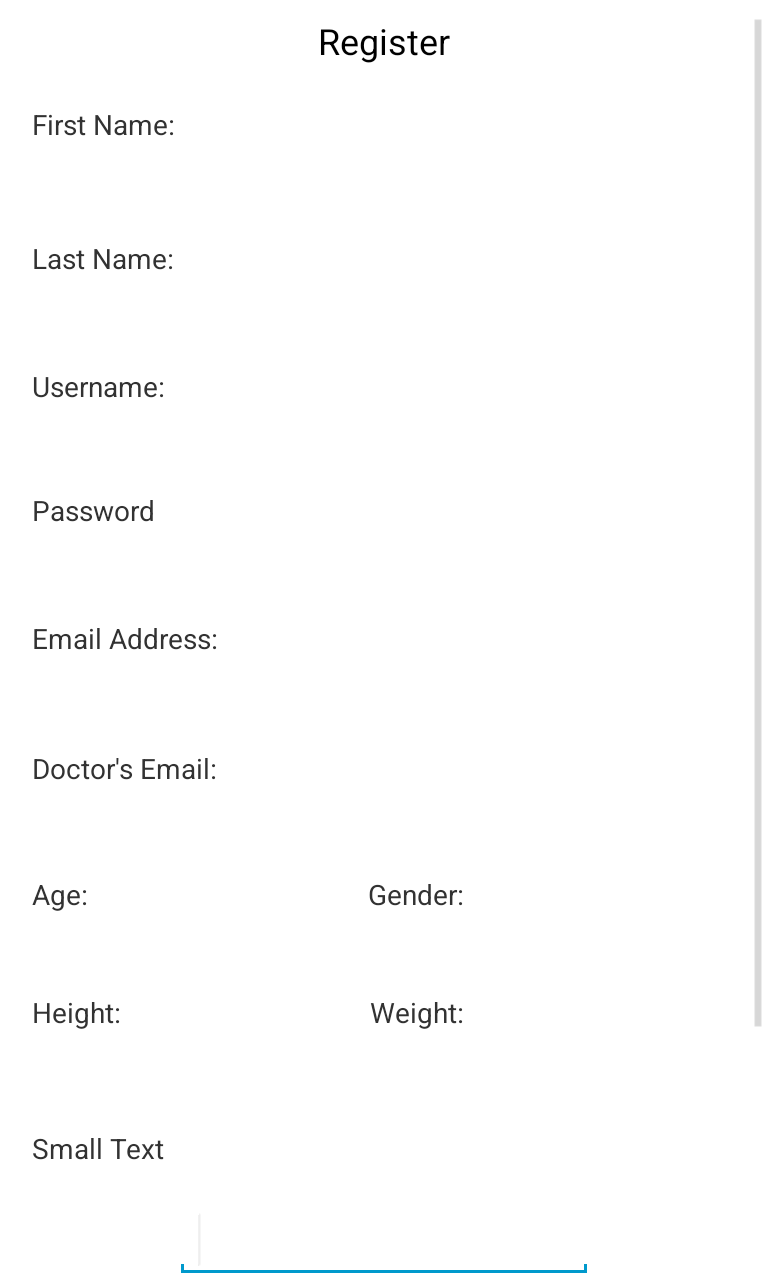
Repository: seth-skocelas/PHMS
Layout: PHMS/res/layout/activity_register.xml
The author's editor kept a copy of each file at every save. The layout is drawn from the files as they stood at one save, then again after the next save.
It is drawn on a 768 x 1280 px phone screen (xhdpi) without system bars, with theme AppTheme; the app's code is not run.

Above is the layout before, as saved 2014-04-03 16:54:21.

After the next save:
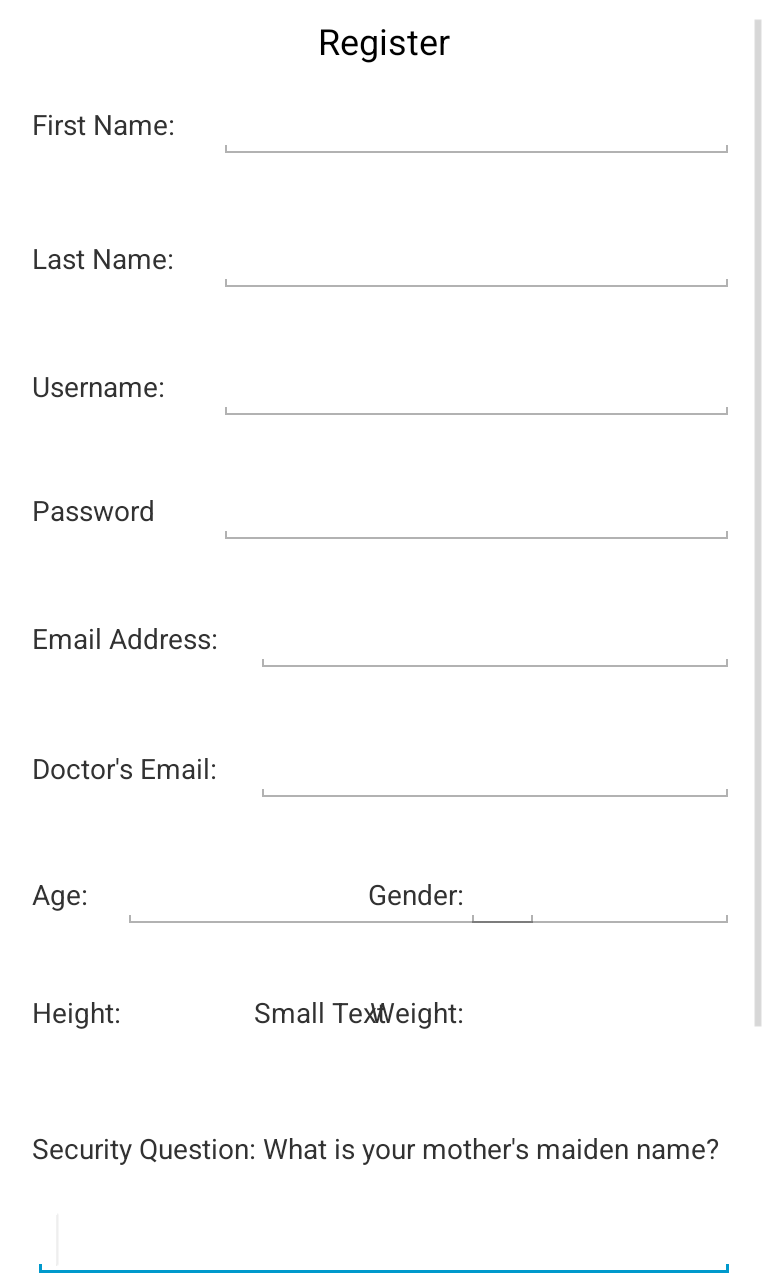
Saved 7 min 31 s later.
--- a/PHMS/res/layout/activity_register.xml
+++ b/PHMS/res/layout/activity_register.xml
@@ -49,7 +49,7 @@
         android:layout_height="wrap_content"
         android:layout_alignParentRight="true"
         android:layout_alignTop="@+id/button1"
-        android:text="Button" />
+        android:text="@string/register" />
 
     <Button
         android:id="@+id/button1"
@@ -59,14 +59,15 @@
         android:layout_alignLeft="@+id/textView10"
         android:layout_below="@+id/editText1"
         android:layout_marginTop="91dp"
-        android:text="Button" />
+        android:text="@string/cancel" />
 
     <EditText
         android:id="@+id/editText1"
         android:layout_width="wrap_content"
         android:layout_height="wrap_content"
+        android:layout_alignParentLeft="true"
+        android:layout_alignParentRight="true"
         android:layout_below="@+id/textView10"
-        android:layout_centerHorizontal="true"
         android:layout_marginTop="17dp"
         android:ems="10" >
 
@@ -111,7 +112,7 @@
         android:layout_alignLeft="@+id/textView8"
         android:layout_below="@+id/textView8"
         android:layout_marginTop="49dp"
-        android:text="Small Text"
+        android:text="@string/security"
         android:textAppearance="?android:attr/textAppearanceSmall" />
 
     <TextView
@@ -164,6 +165,99 @@
         android:text="@string/lastname"
         android:textAppearance="?android:attr/textAppearanceSmall" />
 
+    <EditText
+        android:id="@+id/editText2"
+        android:layout_width="wrap_content"
+        android:layout_height="wrap_content"
+        android:layout_alignBaseline="@+id/textView2"
+        android:layout_alignBottom="@+id/textView2"
+        android:layout_alignParentRight="true"
+        android:layout_toRightOf="@+id/textView7"
+        android:ems="10" />
+
+    <EditText
+        android:id="@+id/editText3"
+        android:layout_width="wrap_content"
+        android:layout_height="wrap_content"
+        android:layout_alignBaseline="@+id/textView3"
+        android:layout_alignBottom="@+id/textView3"
+        android:layout_alignLeft="@+id/editText2"
+        android:layout_alignParentRight="true"
+        android:ems="10" />
+
+    <EditText
+        android:id="@+id/editText4"
+        android:layout_width="wrap_content"
+        android:layout_height="wrap_content"
+        android:layout_alignBaseline="@+id/textView4"
+        android:layout_alignBottom="@+id/textView4"
+        android:layout_alignLeft="@+id/editText3"
+        android:layout_alignParentRight="true"
+        android:ems="10" />
+
+    <EditText
+        android:id="@+id/editText5"
+        android:layout_width="wrap_content"
+        android:layout_height="wrap_content"
+        android:layout_alignBaseline="@+id/textView5"
+        android:layout_alignBottom="@+id/textView5"
+        android:layout_alignLeft="@+id/editText4"
+        android:layout_alignParentRight="true"
+        android:ems="10"
+        android:inputType="textPassword" />
+
+    <EditText
+        android:id="@+id/editText6"
+        android:layout_width="wrap_content"
+        android:layout_height="wrap_content"
+        android:layout_alignBaseline="@+id/textView6"
+        android:layout_alignBottom="@+id/textView6"
+        android:layout_alignRight="@+id/editText5"
+        android:layout_marginLeft="18dp"
+        android:layout_toRightOf="@+id/textView6"
+        android:ems="10"
+        android:inputType="textEmailAddress" />
+
+    <EditText
+        android:id="@+id/editText7"
+        android:layout_width="wrap_content"
+        android:layout_height="wrap_content"
+        android:layout_alignBaseline="@+id/textView7"
+        android:layout_alignBottom="@+id/textView7"
+        android:layout_alignLeft="@+id/editText6"
+        android:layout_alignRight="@+id/editText6"
+        android:ems="10"
+        android:inputType="textEmailAddress" />
+
+    <EditText
+        android:id="@+id/editText9"
+        android:layout_width="wrap_content"
+        android:layout_height="wrap_content"
+        android:layout_alignBaseline="@+id/textView12"
+        android:layout_alignBottom="@+id/textView12"
+        android:layout_alignParentRight="true"
+        android:layout_toRightOf="@+id/textView12"
+        android:ems="10" />
+
+    <EditText
+        android:id="@+id/editText8"
+        android:layout_width="wrap_content"
+        android:layout_height="wrap_content"
+        android:layout_alignBaseline="@+id/textView9"
+        android:layout_alignBottom="@+id/textView9"
+        android:layout_toRightOf="@+id/textView8"
+        android:ems="10"
+        android:inputType="number" />
+
+    <TextView
+        android:id="@+id/textView13"
+        android:layout_width="wrap_content"
+        android:layout_height="wrap_content"
+        android:layout_alignBottom="@+id/textView8"
+        android:layout_alignLeft="@+id/editText7"
+        android:text="Small Text"
+        android:textAppearance="?android:attr/textAppearanceSmall" />
+
 </RelativeLayout>
 
 </ScrollView>
